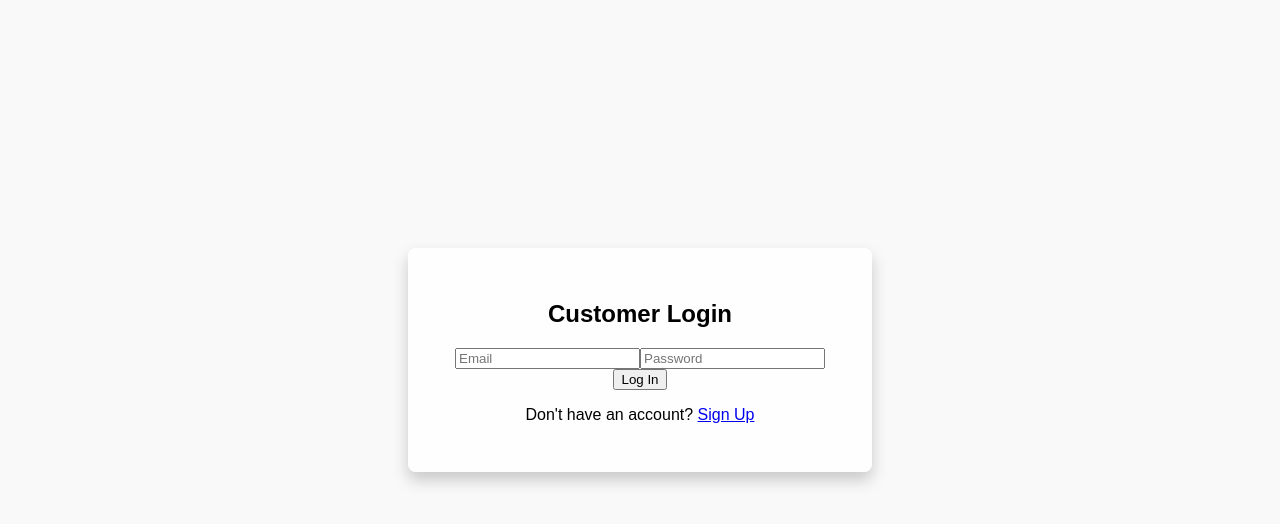
Repository: hamsaram14/dummy4
Page: / (app in frontend1/)
These files come from the project's save history. The page is drawn as it stood at one moment and after the next save; the edit follows.
The browser window is 1280 px wide. The pictures show the whole page.
The project was rebuilt for these pictures with package versions that can differ from the ones it lists, and the page was loaded fresh each time. Also part of the build but not shown: frontend1/src/components/SignUpComponent.js.

Above is the page before, as saved 2024-10-11 13:44:35.

After the next save:
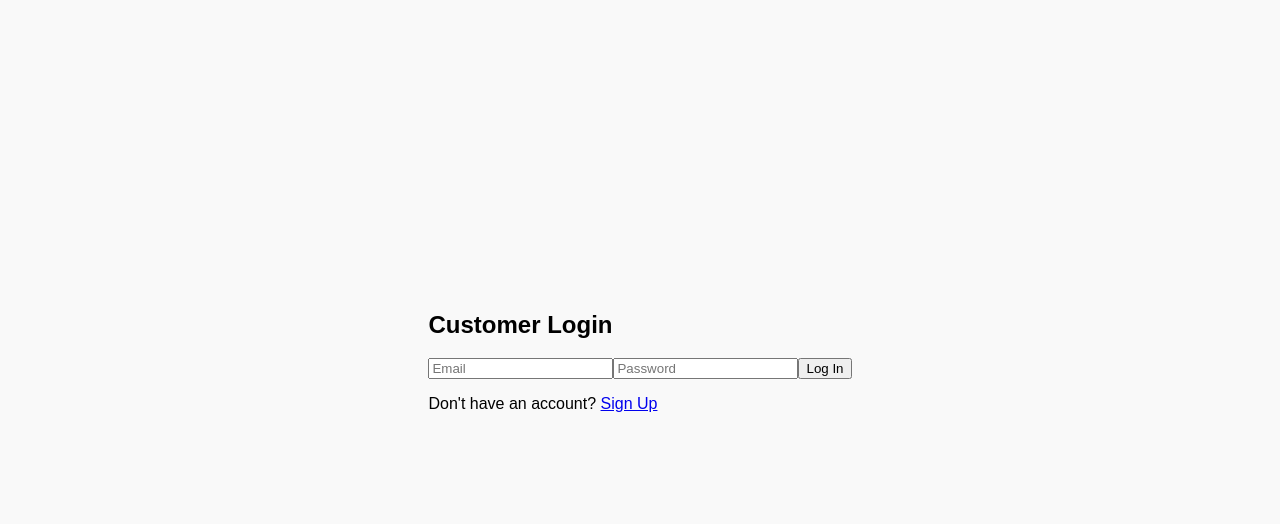
Saved 10 s later.
--- a/frontend1/src/components/LoginComponent.css
+++ b/frontend1/src/components/LoginComponent.css
@@ -26,12 +26,14 @@
 }
 
 .login-box {
-    background-color: rgba(255, 255, 255, 0.9);
-    padding: 2rem;
-    border-radius: 8px;
-    box-shadow: 0px 8px 16px rgba(0, 0, 0, 0.2);
-    text-align: center;
-    max-width: 400px;
-    width: 100%;
-    margin-right: auto;
+    .login-box {
+        background-color: rgba(255, 255, 255, 0.9);
+        padding: 2rem;
+        border-radius: 8px;
+        box-shadow: 0px 8px 16px rgba(0, 0, 0, 0.2);
+        text-align: center;
+        max-width: 400px;
+        width: 100%;
+    }
+
 }

After the 4 saves that followed:
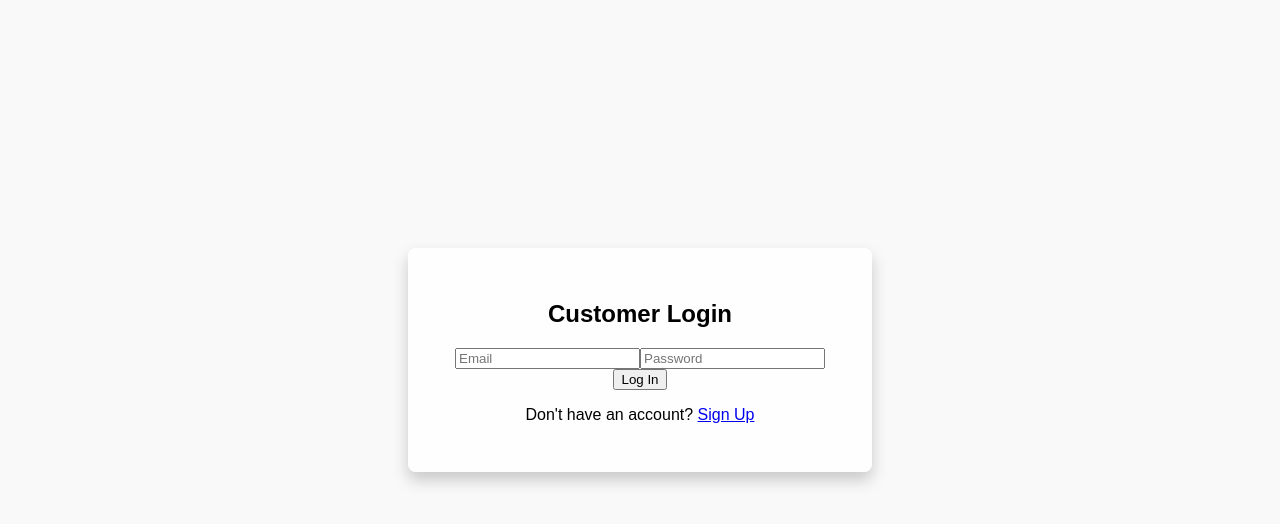
The 4 saves are shown as one change because 2 left the picture as it was and some came seconds apart.
The last was saved 98 s later.
--- a/frontend1/src/components/LoginComponent.css
+++ b/frontend1/src/components/LoginComponent.css
@@ -11,22 +11,20 @@
 }
 
 .login-container {
-    .login-container {
-        display: flex;
-        justify-content: flex-end; /* Align to the right */
-        align-items: center;
-        height: 100vh;
-        background-image: url('http://localhost:3000/mainpage1.jpg');
-        background-size: cover;
-        background-position: center;
-        background-repeat: no-repeat;
-        padding-right: 20%;
-    }
-
+    display: flex;
+    justify-content: flex-end;
+    align-items: center;
+    height: 100vh;
+    background-color: #f0f0f0; /* Fallback color to confirm container styling */
+    background-image: url('/mainpage1.jpg');
+    background-size: cover;
+    background-position: center;
+    background-repeat: no-repeat;
+    padding-right: 20%;
 }
 
+
 .login-box {
-    .login-box {
         background-color: rgba(255, 255, 255, 0.9);
         padding: 2rem;
         border-radius: 8px;
@@ -35,5 +33,3 @@
         max-width: 400px;
         width: 100%;
     }
-
-}
